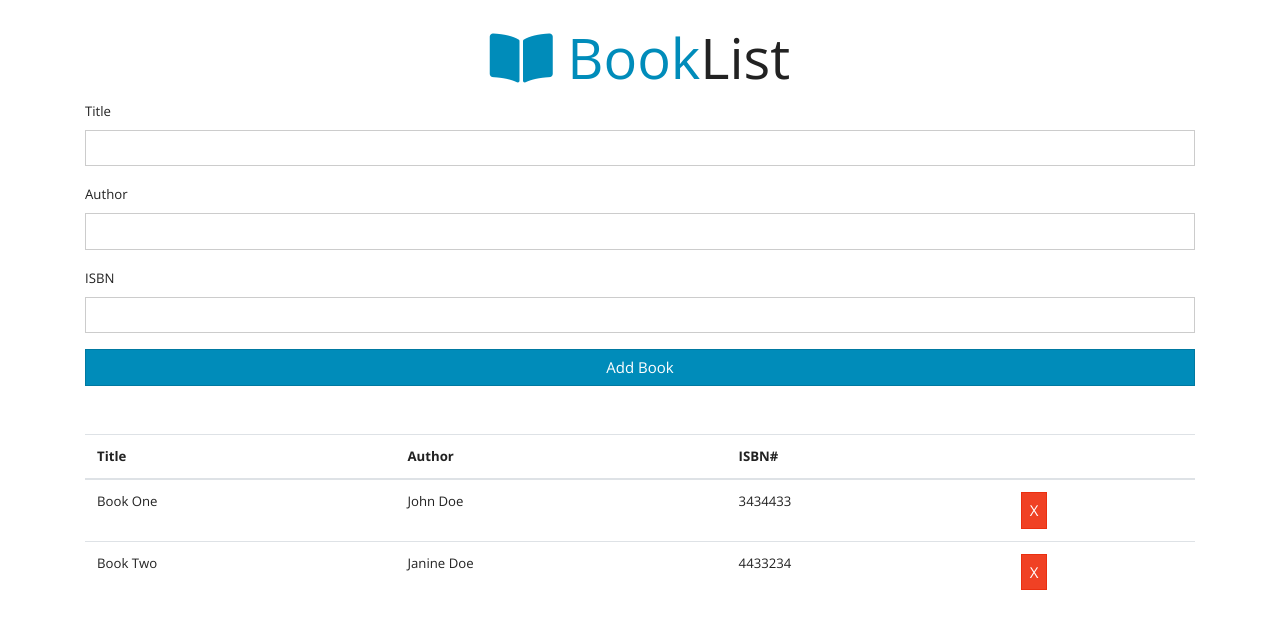
Repository: carrascomcesar/JSBOOKLIST
Page: index.html
These files come from the project's save history. The page is drawn as it stood at one moment and after a run of saves; the edit follows.
The browser window is 1280 px wide. The pictures show the whole page.
Some web libraries are served in a nearby version.

Above is the page before, as saved 2021-02-01 11:46:15.

After the next 6 saves:
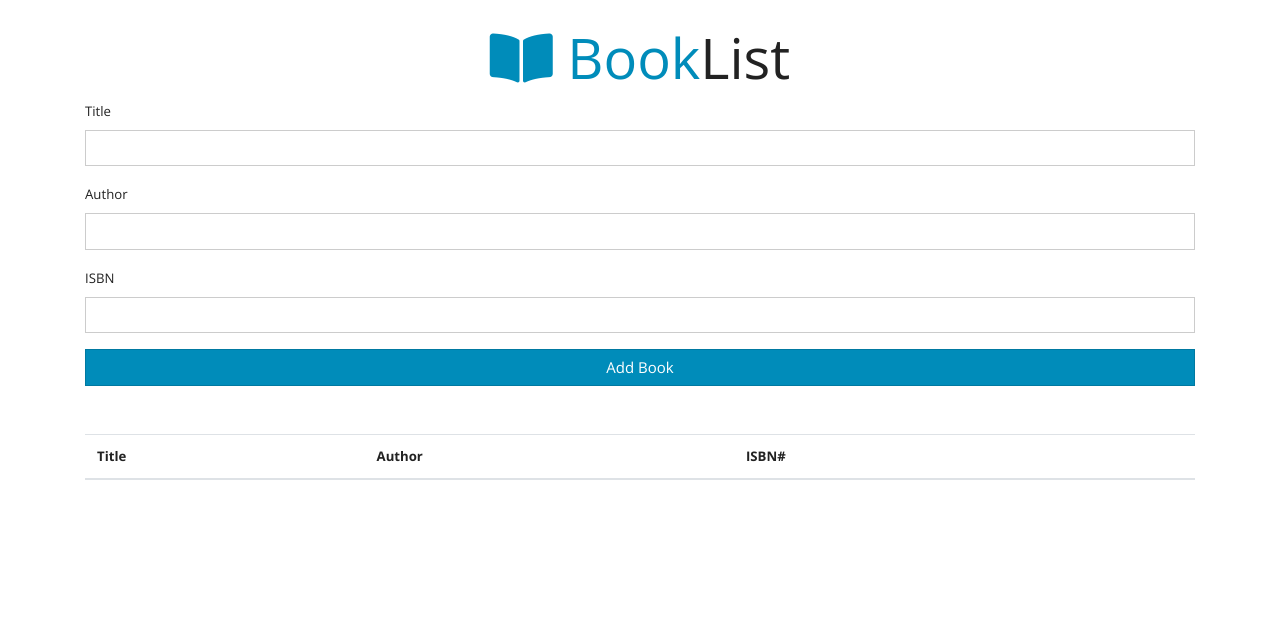
Console error: SyntaxError: Unexpected token ')'
The 6 saves are shown as one change because they came seconds apart.
The last was saved 12 s later.
--- a/app.js
+++ b/app.js
@@ -79,7 +79,11 @@
     }
     static removeBook(isbn) {
         const books = Store.getBooks();
-        books.forEach((book))
+        books.forEach((book, index) => {
+            if () {
+
+            }
+        })
     }
 }
 // Event: Display Books

After the save that followed:
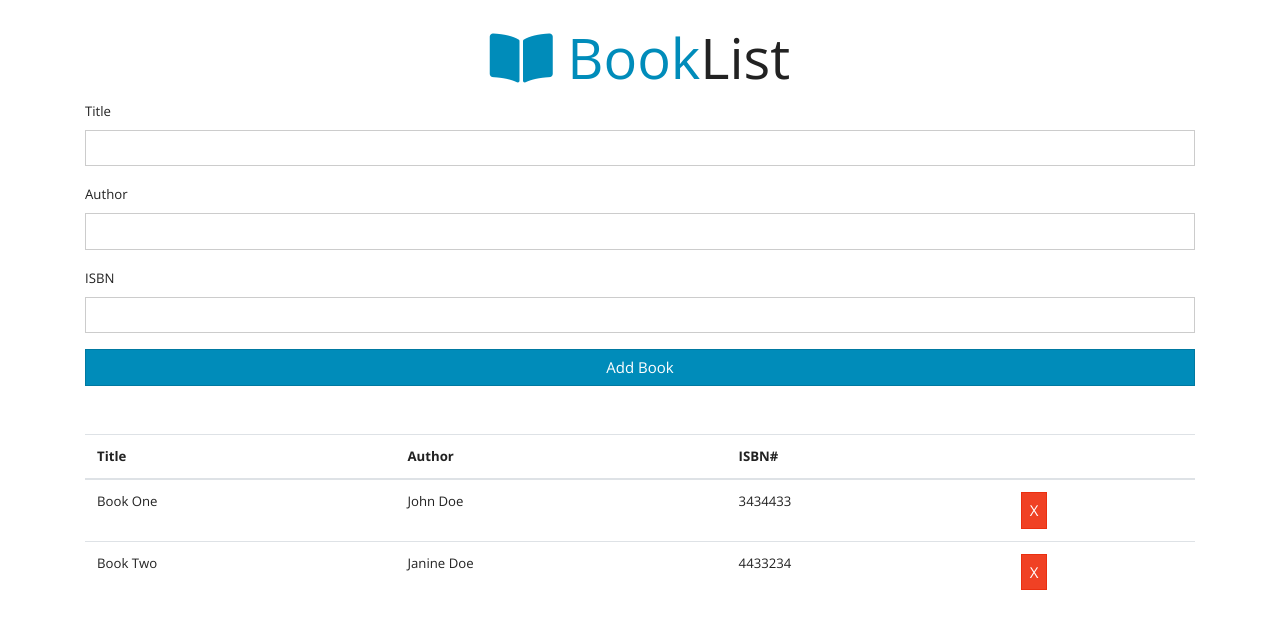
The error is gone.
Saved 11 min 5 s later.
--- a/app.js
+++ b/app.js
@@ -80,7 +80,7 @@
     static removeBook(isbn) {
         const books = Store.getBooks();
         books.forEach((book, index) => {
-            if () {
+            if (book.isbn === isbn) {
 
             }
         })
